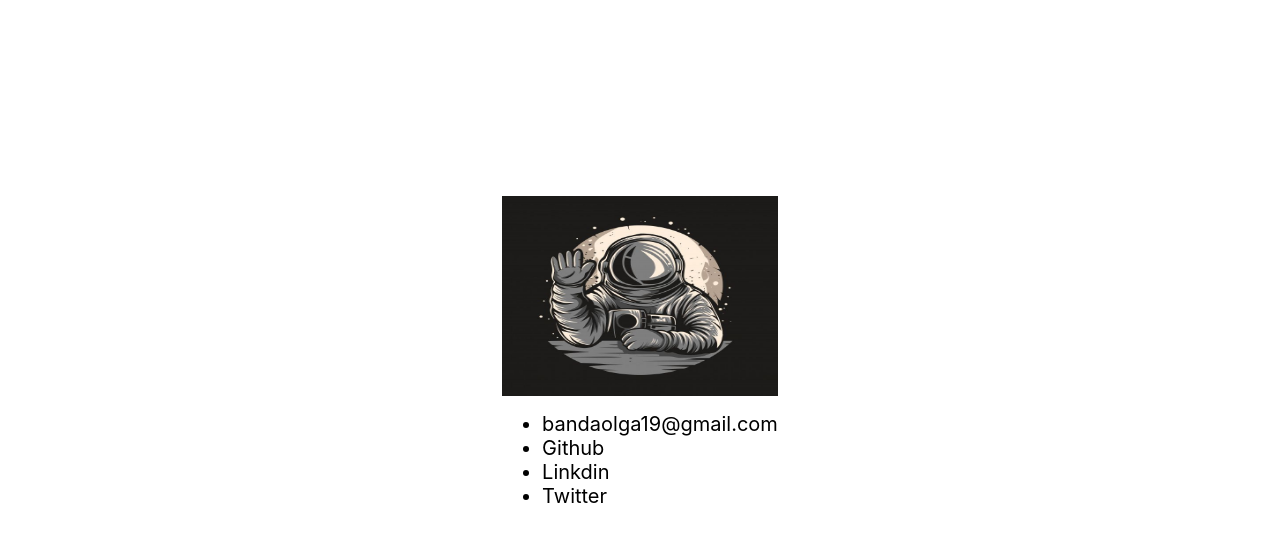
Repository: G1ft-Banda/My-portfolio-Website
Page: /
An editor plug-in stored every save of this project. The page is shown before and after the next save, followed by the edit.
The browser window is 1280 px wide. The pictures show the whole page.
The project was rebuilt for these pictures with package versions that can differ from the ones it lists, and the page was loaded fresh each time. The framework's server and built-in components were replaced by stand-ins that run in the browser. Also part of the build but not shown: next.config.js.

Above is the page before, as saved 2022-09-29 10:55:37.

### pages/_app.js
import "../styles/globals.css";
import Head from "next/head";

function MyApp({ Component, pageProps }) {
  return (
    <>
      <Head>
        <script
          src="https://kit.fontawesome.com/d14a45b8f3.js"
          crossorigin="anonymous"
        ></script>
      </Head>
      <Component {...pageProps} />
    </>
  );
}

export default MyApp;

### pages/index.js
import Head from "next/head";
import Image from "next/image";

export default function Home() {
  return (
    <div>
      <Head>
        <title>Create Next App</title>
        <meta name="description" content="Generated by create next app" />
        <link rel="icon" href="/favicon.ico" />
      </Head>
      <main>
        <Image
          className="avatar"
          src="/astronaut.jpg"
          width={200}
          height={200}
        />
        <ul>
          <li className="social-links">
            <i class="fa-solid fa-envelope"></i>
            <a href="#">bandaolga19@gmail.com</a>
          </li>
          <li className="social-links">
            <i class="fa-brands fa-github"></i>
            <a href="#">Github</a>
          </li>
          <li className="social-links">
            <i class="fa-brands fa-linkedin"></i>
            <a href="#">Linkdin</a>
          </li>
          <li className="social-links">
            <i class="fa-brands fa-twitter"></i>
            <a href="#">Twitter</a>
          </li>
        </ul>
      </main>
    </div>
  );
}

### styles/globals.css
html,
body {
  padding: 0;
  margin: 0;
  font-family: -apple-system, BlinkMacSystemFont, Segoe UI, Roboto, Oxygen,
    Ubuntu, Cantarell, Fira Sans, Droid Sans, Helvetica Neue, sans-serif;
}

a {
  color: inherit;
  text-decoration: none;
}

* {
  box-sizing: border-box;
}

main {
  min-width: 100vw;
  min-height: 100vh;
  display: grid;
  place-content: center;
}

.social-links {
  text-decoration: none;
  font-size: 20px;
}

@media (prefers-color-scheme: dark) {
  html {
    color-scheme: dark;
  }
  body {
    color: white;
    background: black;
  }
}

After the next save:
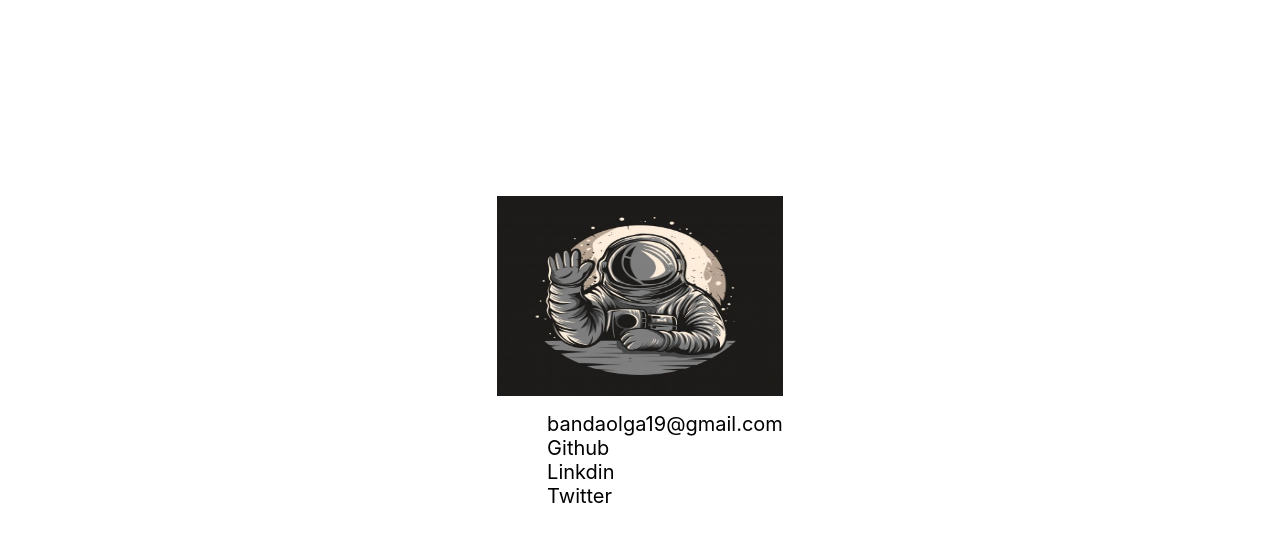
Saved 45 s later.
--- a/styles/globals.css
+++ b/styles/globals.css
@@ -25,6 +25,8 @@ main {
 .social-links {
   text-decoration: none;
   font-size: 20px;
+  display: flex;
+  gap: 10px;
 }
 
 @media (prefers-color-scheme: dark) {
